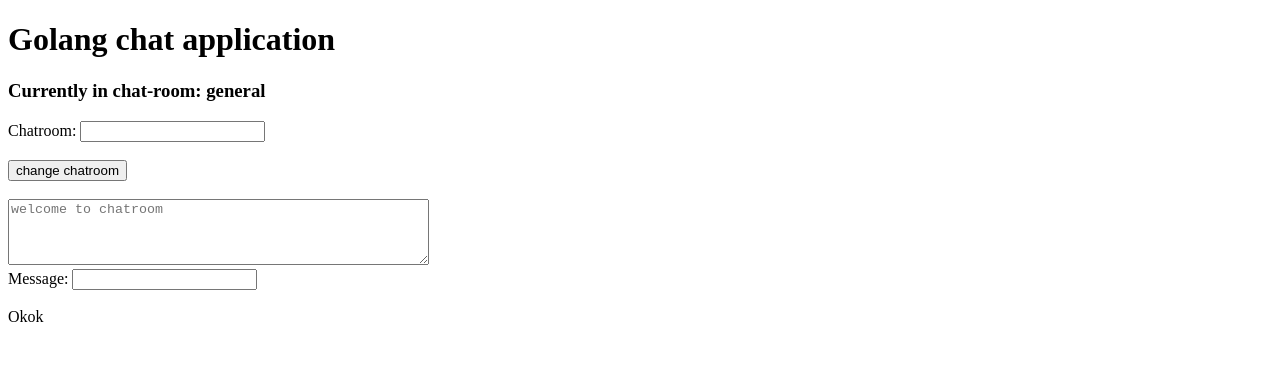
Repository: Lakshyyaa/SimpleWSserver
Page: frontend/index.html
The author's editor kept a copy of each file at every save. The page is drawn from the files as they stood at one save, then again after a run of saves.
The browser window is 1280 px wide. The pictures show the whole page.

Above is the page before, as saved 2024-10-30 13:59:31.

### frontend/index.html
<!DOCTYPE html>
<html lang="en">
  <head>
    <meta charset="UTF-8" />
    <meta name="viewport" content="width=device-width, initial-scale=1.0" />
    <title>websockets</title>
  </head>
  <body>
    <div class="center">
      <h1>Golang chat application</h1>
      <h3>Currently in chat-room: general</h3>
      <form action="" id="select-room">
        <label for="chatroom">Chatroom: </label>
        <input type="text" id="chatroom" name="chatroom" />
        <br />
        <br />
        <input type="submit" value="change chatroom" />
      </form>
      <br />
      <textarea
        class="messagearea"
        id="chatmessages"
        readonly
        name="chatmessages"
        rows="4"
        cols="50"
        placeholder="welcome to chatroom"
      ></textarea>
      <br>
      <form id="chatroom-message">
        <label for="message">Message: </label>
        <input type="text" id="message" name="message">
        <br>
        <br>

      </form>
    </div>
    Okok
  </body>
</html>

After the next 2 saves:
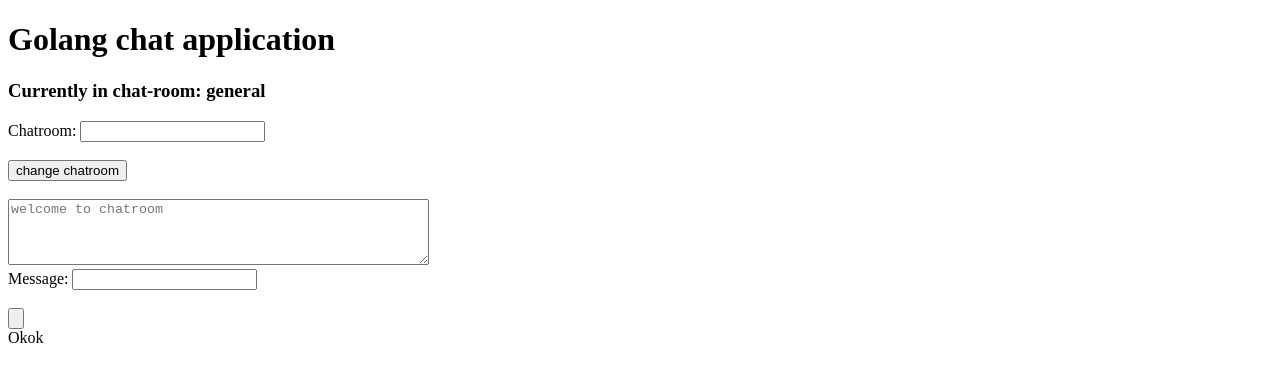
The 2 saves are shown as one change because they came seconds apart.
The last was saved 19 s later.
--- a/frontend/index.html
+++ b/frontend/index.html
@@ -32,7 +32,7 @@
         <input type="text" id="message" name="message">
         <br>
         <br>
-
+        <input type="submit" value="">
       </form>
     </div>
     Okok
